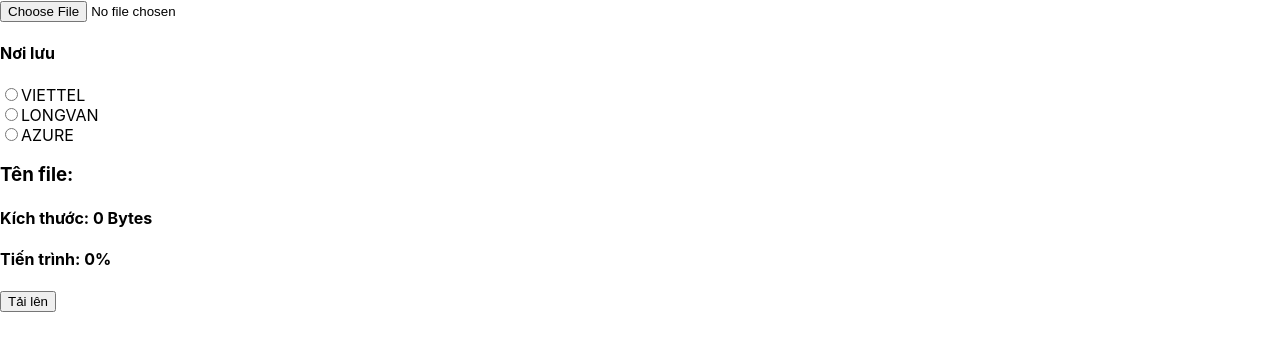
Repository: duc30012001/viettel-test-upload
Page: /
The author's editor kept a copy of each file at every save. The page is drawn from the files as they stood at one save, then again after the next save.
The browser window is 1280 px wide. The pictures show the whole page.
The project was rebuilt for these pictures with package versions that can differ from the ones it lists, and the page was loaded fresh each time. Imported but missing from the stored project, and not drawn on this page: src/reportWebVitals.

Above is the page before, as saved 2023-03-16 11:33:45.

After the next save:
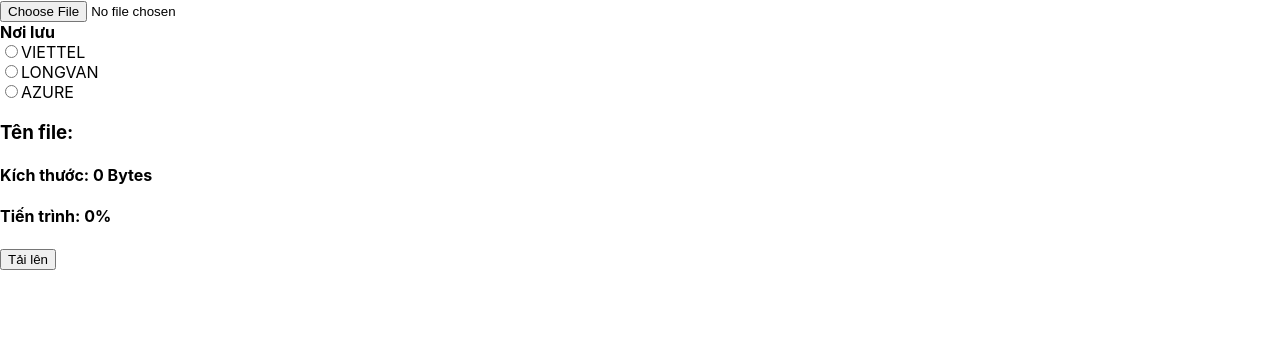
Saved 19 s later.
--- a/src/App.jsx
+++ b/src/App.jsx
@@ -34,7 +34,7 @@ const App = () => {
     <div>
       <input ref={fileInput} onChange={onChange} type="file" />
       <div>
-        <h4>Nơi lưu</h4>
+        <h4 style={{ margin: 0 }}>Nơi lưu</h4>
         <input
           onChange={onChangeDistributor}
           type="radio"
